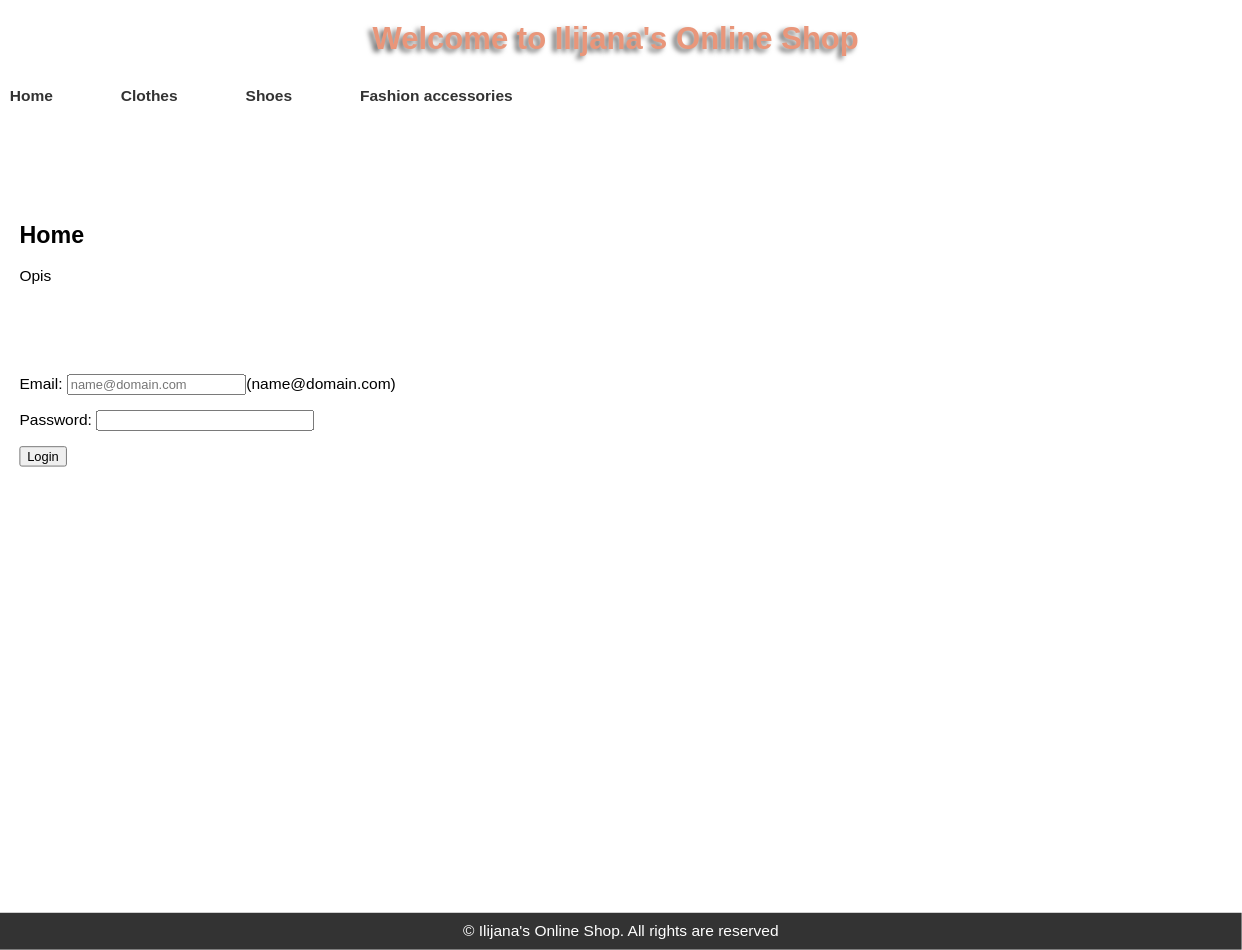
Repository: ilijana123/Proekt1
Page: html.html
An editor plug-in stored every save of this project. The page is shown before and after the next save, followed by the edit.
The browser window is 1280 px wide. The pictures show the whole page, at 97% of full size.

Above is the page before, as saved 2023-11-12 23:29:03.

After the next save:
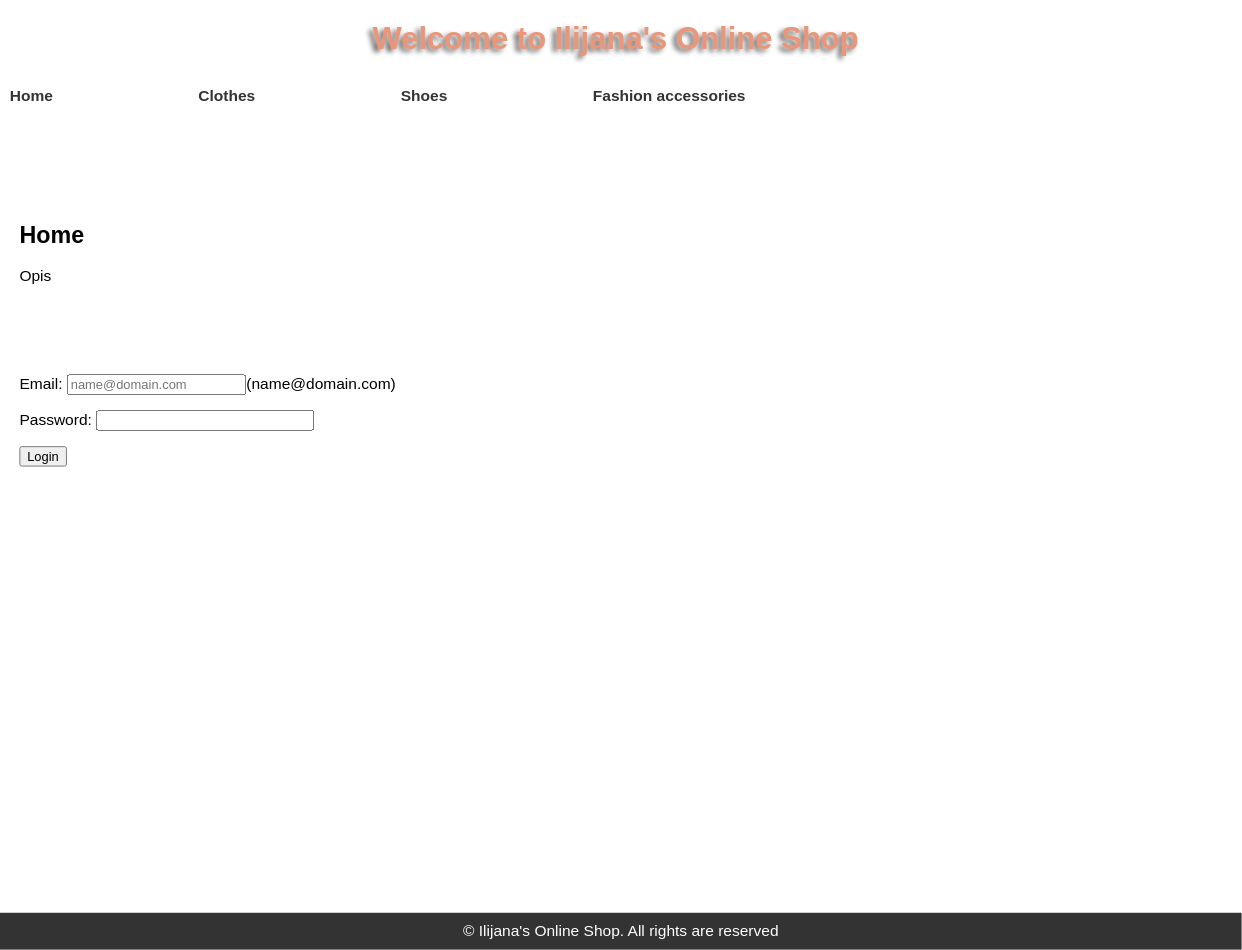
Saved 8 s later.
--- a/1.css
+++ b/1.css
@@ -28,7 +28,7 @@ h1  {
     nav ul li {
         display: block; /* Set the display property to block */
         margin-bottom: 50px;
-        margin-right: 70px;
+        margin-right: 150px;
     }
     section {
         padding: 20px;
